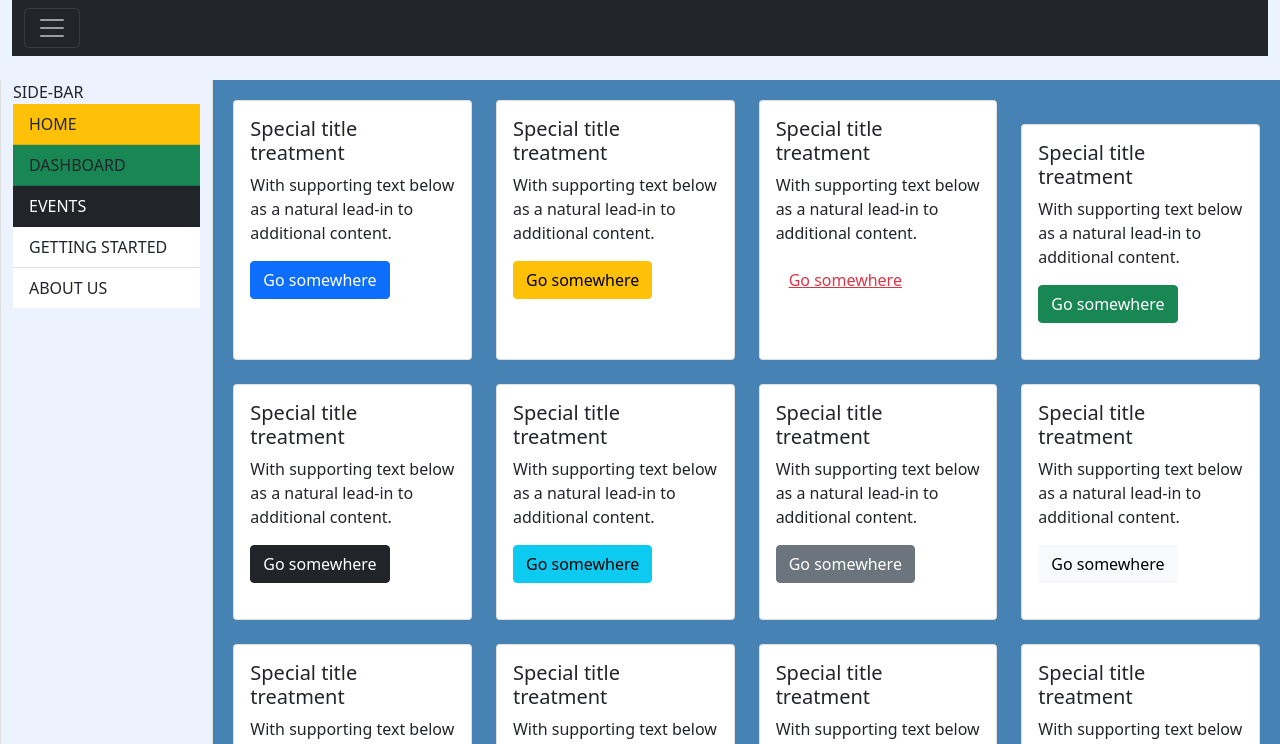
Repository: Dayvid0/BOOTSTRAP-TUTORIALS
Page: cosmos.example.html
The author's editor kept a copy of each file at every save. The page is drawn from the files as they stood at one save, then again after the next save.
The browser window is 1280 px wide. The pictures show the whole page.
An inner scrolling area shows only its first screen.

Above is the page before, as saved 2025-01-29 12:47:36.

After the next save:
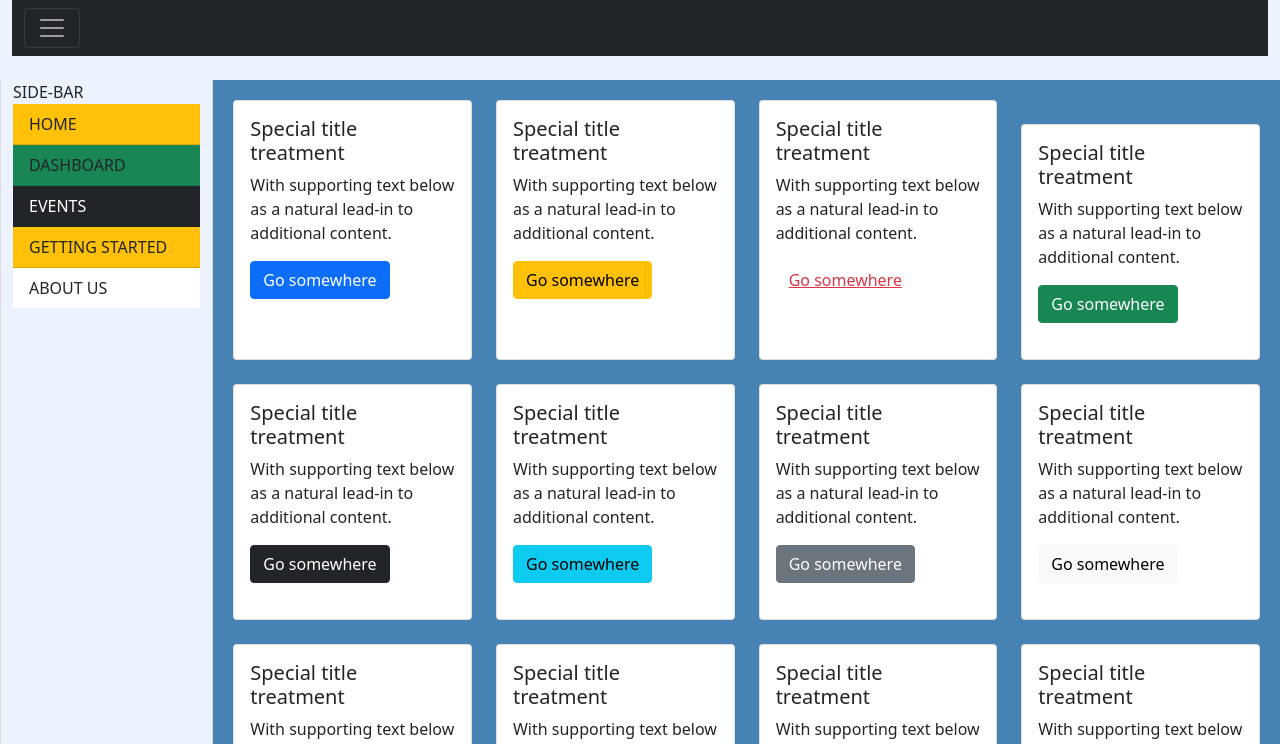
Saved 13 s later.
--- a/cosmos.example.html
+++ b/cosmos.example.html
@@ -58,7 +58,7 @@
             <li class="list-group-item bg-warning">HOME</li>
             <li class="list-group-item bg-success">DASHBOARD</li>
             <li class="list-group-item bg-dark text-white">EVENTS</li>
-            <li class="list-group-item bg-red">GETTING STARTED</li>
+            <li class="list-group-item bg-warning">GETTING STARTED</li>
             <li class="list-group-item bg-$orange-400">ABOUT US</li>
           </ul>
         </div>
